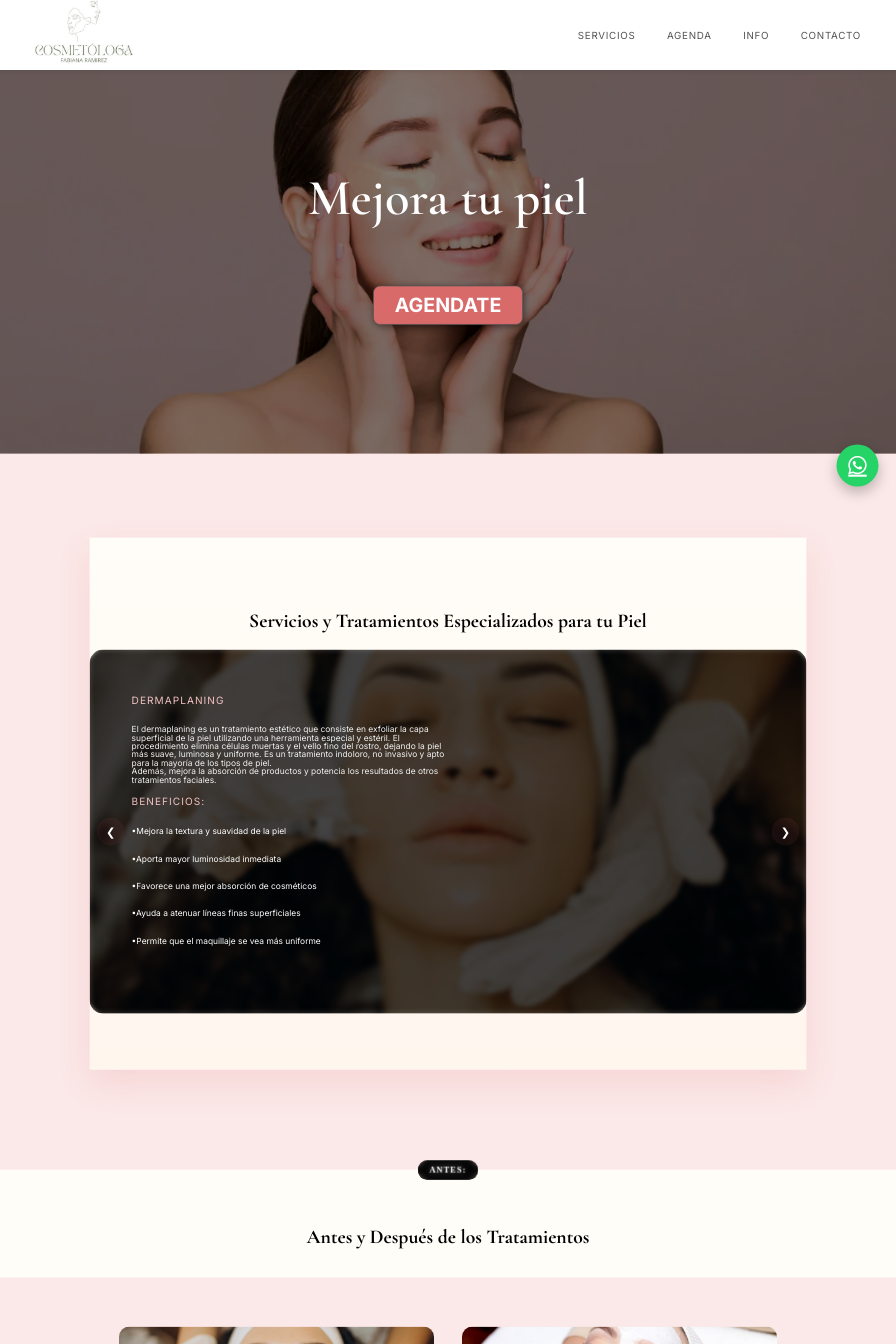
Repository: thiagobal1891-sudo/paginaweb
Page: index.html
These files come from the project's save history. The page is drawn as it stood at one moment and after the next save; the edit follows.
The browser window is 1280 px wide. The pictures show the part of the page from y = 0 to 1920 px (the page is 3434 px tall), at 70% of full size.
After loading, the first visible `div.right` was clicked once.
Some web fonts or font styles are not loaded; a fallback is used.

Above is the page before, as saved 2026-03-10 20:04:54.
Console error: ReferenceError: emailjs is not defined

### index.html
<!DOCTYPE html>
<html lang="es">

<head>
  <meta charset="UTF-8">
  <meta name="viewport" content="width=device-width, initial-scale=1.0">
  <title>Fabiana Cosmetóloga</title>

  <!-- 🎨 Estilos locales -->
  <link rel="stylesheet" href="css/style.css">

  <!-- 🪶 Tipografías -->
  <link rel="preconnect" href="https://fonts.googleapis.com">
  <link rel="preconnect" href="https://fonts.gstatic.com" crossorigin>
  <link
    href="https://fonts.googleapis.com/css2?family=Melodrama:wght@400;500;600;700&family=Inter:wght@100..900&family=Poppins:wght@100..900&family=Cormorant+Garamond:wght@300..700&display=swap"
    rel="stylesheet">

  <!-- ⭐ Font Awesome -->
  <link rel="stylesheet" href="https://cdnjs.cloudflare.com/ajax/libs/font-awesome/6.5.0/css/all.min.css"
    crossorigin="anonymous" referrerpolicy="no-referrer" />
</head>

<body>
  <header>
    <div class="container">
      <a href="/" class="logo">
        <img src="media/logo.png" alt="Logo de la marca">
      </a>
      <nav>
        <a href="pages/servicios.html">SERVICIOS</a>
        <a href="pages/agenda.html">AGENDA</a>
        <a href="pages/info.html">INFO</a>
        <a href="pages/contacto.html">CONTACTO</a>
      </nav>
    </div>
  </header>

  <section id="hero" class="appear">
    <h1>Mejora tu piel</h1>
    <form action="#agenda-ya">
      <button>AGENDATE</button>
    </form>
  </section>


  <section id="Tratamientos" class="appear">
  <div class="container">
<h2>Servicios y Tratamientos Especializados para tu Piel</h2>

    <div class="carousel-wrapper">

      <div class="arrow left">&#10094;</div>
      <div class="carta-tratamientos">

        <div class="carta">
          <h3>PEELING QUIMICO</h3>
          <p class="info_carta">El peeling químico es un tratamiento estético que utiliza sustancias especiales para exfoliar la piel de forma controlada.
          Ayuda a eliminar células muertas, mejorar la textura, atenuar manchas, marcas de acné y líneas finas, dejando la piel más uniforme, luminosa y renovada.
          <br>Es un procedimiento seguro, que realizado por un profesional y se adapta según el tipo de piel y la necesidad de cada persona.</p>
          <h3>Beneficios:</h3>
          <ul>•Elimina manchas</ul>
          <ul>•Empareja el tono y textura de la piel</ul>
          <ul>•Elimina arrugas finas</ul>
          <ul>•Minimiza surcos y líneas de expresión</ul>
          <ul>•Minimiza y elimina cicatrices, marcas y estrías</ul>
          <ul>•Reduce el tamaño de los poros ganando luminosidad y mejorando la hidratación</ul>
        </div>

        <div class="carta">
          <h3>DERMAPLANING</h3>
          <p class="info_carta">El dermaplaning es un tratamiento estético que consiste en exfoliar la capa superficial de la piel utilizando una herramienta especial y estéril. El procedimiento elimina células muertas y el vello fino del rostro, dejando la piel más suave, luminosa y uniforme.
          Es un tratamiento indoloro, no invasivo y apto para la mayoría de los tipos de piel. <br> Además, mejora la absorción de productos y potencia los resultados de otros tratamientos faciales.</p>
                  <h3>Beneficios:</h3>
                  <ul>•Mejora la textura y suavidad de la piel</ul>
                  <ul>•Aporta mayor luminosidad inmediata</ul>
                  <ul>•Favorece una mejor absorción de cosméticos</ul>
                  <ul>•Ayuda a atenuar líneas finas superficiales</ul>
                  <ul>•Permite que el maquillaje se vea más uniforme</ul>
        </div>

        <div class="carta">
          <h3>RADIOFRECUENCIA</h3>
                  <p class="info_carta">La radiofrecuencia facial es un tratamiento estético no invasivo que utiliza ondas electromagnéticas para generar calor en las capas profundas de la piel. Este calor estimula la producción natural de colágeno y elastina, ayudando a mejorar la firmeza y elasticidad del rostro.
                  <br>Es un procedimiento seguro y confortable, ideal para combatir la flacidez y los signos del envejecimiento sin necesidad de cirugía ni tiempo de recuperación.</p>
                  <h3>Beneficios:</h3>
                  <ul>•Mejora la firmeza y tonicidad de la piel</ul>
                  <ul>•Estimula la producción de colágeno</ul>
                  <ul>•Reduce la apariencia de arrugas y líneas de expresión</ul>
                  <ul>•Mejora el contorno facial</ul>
                  <ul>•Aporta un efecto tensor progresivo y natural</ul>
        </div>

        <div class="carta">
          <h3>ALTA FRECUENCIA</h3>
                  <p class="info_carta">La alta frecuencia es un tratamiento estético que utiliza corrientes eléctricas suaves para oxigenar la piel, estimular la circulación y mejorar su aspecto general. Se aplica mediante un electrodo de vidrio que produce una leve chispa controlada, generando un efecto bactericida y descongestivo.
                  <br>Es especialmente recomendado para pieles con acné, exceso de grasa o poros dilatados, ya que ayuda a purificar y equilibrar la piel sin causar molestias.</p>
                  <h3>Beneficios:</h3>
                  <ul>•Tiene efecto bactericida, ideal para pieles acneicas</ul>
                  <ul>•Reduce la inflamación y enrojecimiento</ul>
                  <ul>•Mejora la circulación y oxigenación de la piel</ul>
                  <ul>•Ayuda a cicatrizar pequeñas lesiones</ul>
                  <ul>•Regula el exceso de grasa y cierra los poros</ul>
        </div>

        <div class="carta">
          <h3>MICRODERMOABRASIÓN</h3>
                  <p class="info_carta">La microdermoabrasión es un tratamiento estético que exfolia la piel de manera mecánica y controlada, eliminando células muertas de la capa superficial. Se realiza con un equipo especializado que ayuda a renovar la piel y estimular la regeneración celular.
                  <br>Es un procedimiento no invasivo, seguro y apto para distintos tipos de piel, ideal para mejorar la textura, luminosidad y apariencia general del rostro.</p>
                  <h3>Beneficios:</h3>
                  <ul>•Elimina células muertas y renueva la piel</ul>
                  <ul>•Mejora la textura y suavidad del rostro</ul>
                  <ul>•Atenúa manchas superficiales y marcas leves de acné</ul>
                  <ul>•Reduce la apariencia de poros dilatados</ul>
                  <ul>•Estimula la regeneración celular y aporta luminosidad</ul>
        </div>

        <div class="carta">
          <h3>DERMAPEN</h3>
                  <p class="info_carta">El Dermapen es un tratamiento estético que utiliza un dispositivo con microagujas para realizar pequeñas punciones controladas en la piel. Estas microperforaciones estimulan la producción natural de colágeno y elastina, favoreciendo la regeneración y mejorando la calidad de la piel.
                  <br>Es un procedimiento mínimamente invasivo que <br> se adapta según la necesidad de cada persona, y puede aplicarse en rostro y otras zonas para tratar diferentes imperfecciones.</p>
                  <h3>Beneficios:</h3>
                  <ul>•Estimula la producción de colágeno y elastina</ul>
                  <ul>•Mejora la textura y firmeza de la piel</ul>
                  <ul>•Atenúa cicatrices de acné y marcas</ul>
                  <ul>•Reduce líneas finas y arrugas</ul>
                  <ul>•Mejora la apariencia de manchas y poros dilatados</ul>
        </div>

                <div class="carta">
          <h3>ELECTROPORACIÓN</h3>
                  <p class="info_carta">La electroporación es un tratamiento estético no invasivo que utiliza impulsos eléctricos suaves para facilitar la penetración de principios activos en las capas más profundas de la piel, sin necesidad de agujas. Este proceso mejora la absorción de nutrientes, vitaminas y ácido hialurónico, potenciando los resultados del tratamiento.
                  <br>Es una técnica indolora y segura, ideal para revitalizar la piel y mejorar su aspecto de manera efectiva.</p>
                  <h3>Beneficios:</h3>
                  <ul>•Favorece la penetración profunda de activos</ul>
                  <ul>•Mejora la hidratación y nutrición de la piel</ul>
                  <ul>•Aporta mayor luminosidad y vitalidad</ul>
                  <ul>•Potencia los resultados de otros tratamientos</ul>
                  <ul>•Es un procedimiento no invasivo y sin tiempo de recuperación</ul>
        </div>
      </div>
      <div class="arrow right">&#10095;</div>
    </div>
  </div>
  </section>

  <section id="infocosmet" class="appear">
    <div class="carousel_infocosmet">
      <h2>Antes y Después de los Tratamientos</h2>
<div class="carousel-track">
  <div class="slide">
    <div class="img-wrapper">
      <img src="media/Tratamientos-2.jpg" alt="">
      <span class="label top">ANTES:</span>
    </div>
    <div class="img-wrapper">
      <img src="media/Tratamientos-3.jpg" alt="">
      <span class="label bottom">DESPUÉS:</span>
    </div>
  </div>

  <div class="slide">
    <div class="img-wrapper">
      <img src="media/Tratamientos-2.jpg" alt="">
      <span class="label top">ANTES:</span>
    </div>
    <div class="img-wrapper">
      <img src="media/Tratamientos-3.jpg" alt="">
      <span class="label bottom">DESPUÉS:</span>
    </div>
  </div>

  <div class="slide">
    <div class="img-wrapper">
      <img src="media/Tratamientos-2.jpg" alt="">
      <span class="label top">ANTES:</span>
    </div>
    <div class="img-wrapper">
      <img src="media/Tratamientos-3.jpg" alt="">
      <span class="label bottom">DESPUÉS:</span>
    </div>
  </div>

    <div class="slide">
    <div class="img-wrapper">
      <img src="media/Tratamientos-2.jpg" alt="">
      <span class="label top">ANTES:</span>
    </div>
    <div class="img-wrapper">
      <img src="media/Tratamientos-3.jpg" alt="">
      <span class="label bottom">DESPUÉS:</span>
    </div>
  </div>

    <div class="slide">
    <div class="img-wrapper">
      <img src="media/Tratamientos-2.jpg" alt="">
      <span class="label top">ANTES:</span>
    </div>
    <div class="img-wrapper">
      <img src="media/Tratamientos-3.jpg" alt="">
      <span class="label bottom">DESPUÉS:</span>
    </div>
  </div>

</div>
</div>
  </section>








  <section id="agenda-ya" class="appear">
    <h2>Agenda tu próxima cita</h2>
      <iframe
    src="https://calendar.google.com/calendar/appointments/schedules/AcZssZ2eKdgVxdvbgrkUTVsqOwalHssheLS5kVcqAfOLuK-u68fTKpPQHXKQoJWOc8hcPsaKt-rAaWGU?gv=true"
    style="border: 0"
    width="100%"
    height="600"
    frameborder="0">
  </iframe>
<div id="google-calendar-button"></div>

</section>






<footer class="footer">
  <div class="footer-container">

    <!-- Marca -->
    <div class="footer-brand">
      <h3>Fabiana Cosmetóloga</h3>
      <p>Cuidado profesional para tu piel</p>
    </div>

    <!-- Links internos -->
    <div class="footer-links">
      <a href="../index.html">Inicio</a>
      <a href="pages/servicios.html">Servicios</a>
      <a href="pages/agenda.html">Agenda</a>
      <a href="pages/info.html">Info</a>
      <a href="pages/contacto.html">Contacto</a>
    </div>

    <!-- Redes -->
    <div class="footer-social">
      <a href="https://wa.me/59894623252" target="_blank">
        <i class="fa-brands fa-whatsapp"></i>
      </a>
      <a href="https://www.instagram.com/fabicosmetologa" target="_blank">
        <i class="fa-brands fa-instagram"></i>
      </a>
    </div>

  </div>

  <div class="footer-bottom">
    <p>© 2026 Fabiana Cosmetóloga · Todos los derechos reservados</p>
  </div>
</footer>

  <!-- 📧 EmailJS -->
  <script src="https://cdn.jsdelivr.net/npm/emailjs-com@3/dist/email.min.js"></script>

  <!-- 🧠 Archivo JS externo -->
  <script src="script.js" defer></script>

<a href="https://wa.me/59894623252" class="whatsapp-float" target="_blank">
<i class="fa-brands fa-whatsapp"></i>
</a>
</body>

</html>

### script.js
document.addEventListener("DOMContentLoaded", () => {

  // =============================
  // ANIMACIONES CON INTERSECTION OBSERVER
  // =============================
  const elements = document.querySelectorAll(".appear");

  const observer = new IntersectionObserver((entries) => {
    entries.forEach(entry => {
      if (entry.isIntersecting) {
        entry.target.classList.add("show");
      } else {
        entry.target.classList.remove("show");
      }
    });
  }, { threshold: 0.3 });

  elements.forEach(el => observer.observe(el));







// =============================
// CARRUSEL TRATAMIENTOS
// =============================

// =============================
// CARRUSEL TRATAMIENTOS
// =============================
const trackTrat = document.querySelector(".carta-tratamientos");
const cardsTrat = document.querySelectorAll(".carta");
const nextBtn = document.querySelector(".arrow.right");
const prevBtn = document.querySelector(".arrow.left");

if (trackTrat && cardsTrat.length > 0) {

  let currentIndex = 0;

  function getVisibleCards() {
    return window.innerWidth >= 1024 ? 2 : 1;
  }

  function updateCarousel() {
    const cardWidth = cardsTrat[0].offsetWidth + 30; // 30 = gap
    trackTrat.style.transform = `translateX(-${currentIndex * cardWidth}px)`;
  }

  nextBtn.addEventListener("click", () => {

    const visibleCards = getVisibleCards();
    const maxIndex = cardsTrat.length - visibleCards;

    if (currentIndex < maxIndex) {
      currentIndex++;
      updateCarousel();
    }

  });

  prevBtn.addEventListener("click", () => {
    if (currentIndex > 0) {
      currentIndex--;
      updateCarousel();
    }
  });

  window.addEventListener("resize", () => {
    currentIndex = 0;
    updateCarousel();
  });

}


window.addEventListener("load", function () {
  const target = document.getElementById("google-calendar-button");

  if (window.calendar && target) {
    calendar.schedulingButton.load({
      url: "https://calendar.google.com/calendar/appointments/schedules/AcZssZ2eKdgVxdvbgrkUTVsqOwalHssheLS5kVcqAfOLuK-u68fTKpPQHXKQoJWOc8hcPsaKt-rAaWGU?gv=true",
      color: "#E16463",
      label: "Programar una cita",
      target: target,
    });
  }
});




(function() {
  emailjs.init("-SPDqU_q1CFNoGYAI");
})();

const form = document.getElementById("consulta-form");

if (form) {
  form.addEventListener("submit", function(e) {
    e.preventDefault();

    emailjs.sendForm("service_979cmej", "template_7xu573o", this)
      .then(() => {
        document.getElementById("mensaje-confirmacion").innerText =
          "Consulta enviada correctamente 💌";
        form.reset();
      })
      .catch((error) => {
        document.getElementById("mensaje-confirmacion").innerText =
          "Error al enviar. Intenta nuevamente.";
        console.log(error);
      });
  });
}



// =============================
// CARRUSEL INFOCOSMET
// =============================

const track = document.querySelector(".carousel_infocosmet .carousel-track");

if (track) {

  const slides = track.querySelectorAll(".slide");
  let slideIndex = 0;

  function moveCarousel() {
    slideIndex = (slideIndex + 1) % slides.length;
    track.style.transform = `translateX(-${slideIndex * 100}%)`;
  }

  setInterval(moveCarousel, 6000);

}

});

Loaded but not shown: css/style.css (1040 lines, source omitted)

After the next save:
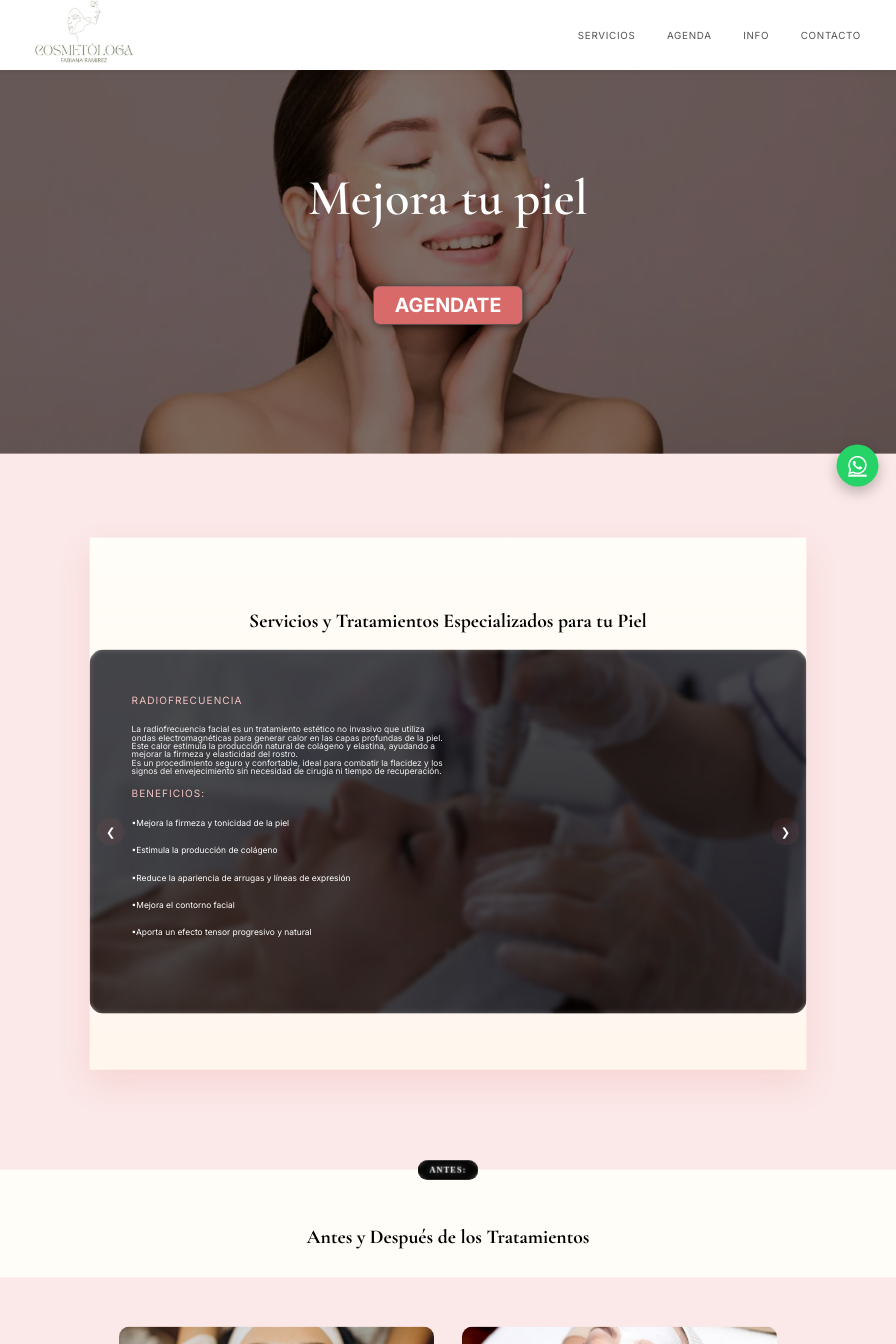
Saved 2 min 17 s later.
--- a/script.js
+++ b/script.js
@@ -30,6 +30,9 @@ document.addEventListener("DOMContentLoaded", () => {
 // =============================
 // CARRUSEL TRATAMIENTOS
 // =============================
+// =============================
+// CARRUSEL TRATAMIENTOS
+// =============================
 const trackTrat = document.querySelector(".carta-tratamientos");
 const cardsTrat = document.querySelectorAll(".carta");
 const nextBtn = document.querySelector(".arrow.right");
@@ -44,14 +47,18 @@ if (trackTrat && cardsTrat.length > 0) {
   }
 
   function updateCarousel() {
-    const cardWidth = cardsTrat[0].offsetWidth + 30; // 30 = gap
-    trackTrat.style.transform = `translateX(-${currentIndex * cardWidth}px)`;
+
+    const visibleCards = getVisibleCards();
+    const cardWidth = cardsTrat[0].getBoundingClientRect().width + 30;
+
+    trackTrat.style.transform =
+      `translateX(-${currentIndex * cardWidth * visibleCards}px)`;
   }
 
   nextBtn.addEventListener("click", () => {
 
     const visibleCards = getVisibleCards();
-    const maxIndex = cardsTrat.length - visibleCards;
+    const maxIndex = Math.ceil(cardsTrat.length / visibleCards) - 1;
 
     if (currentIndex < maxIndex) {
       currentIndex++;
